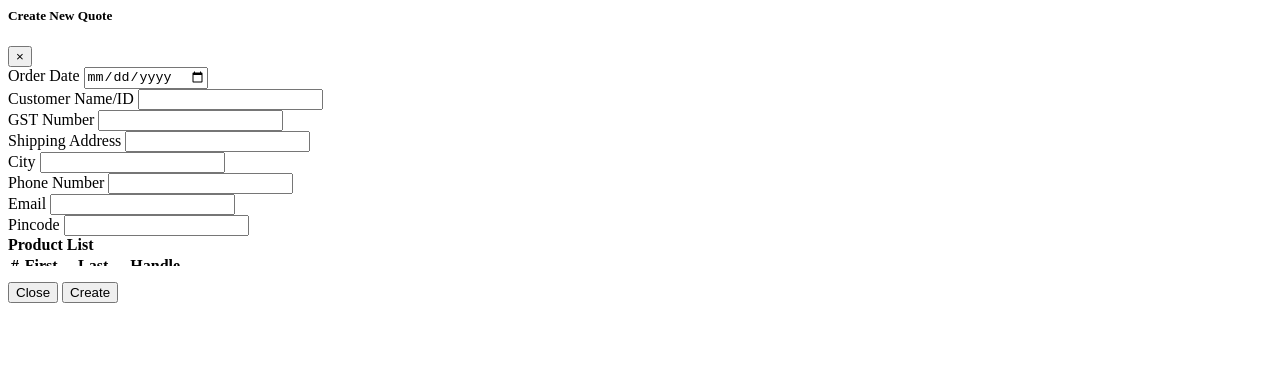
Repository: hrishibhattu/CodeFury-Internal-2
Page: ToYoDo/WebContent/WEB-INF/modal/quote.html
These files come from the project's save history. The page is drawn as it stood at one moment and after the next save; the edit follows.
The browser window is 1280 px wide. The pictures show the whole page.

Above is the page before, as saved 2021-09-19 06:51:30.

After the next save:
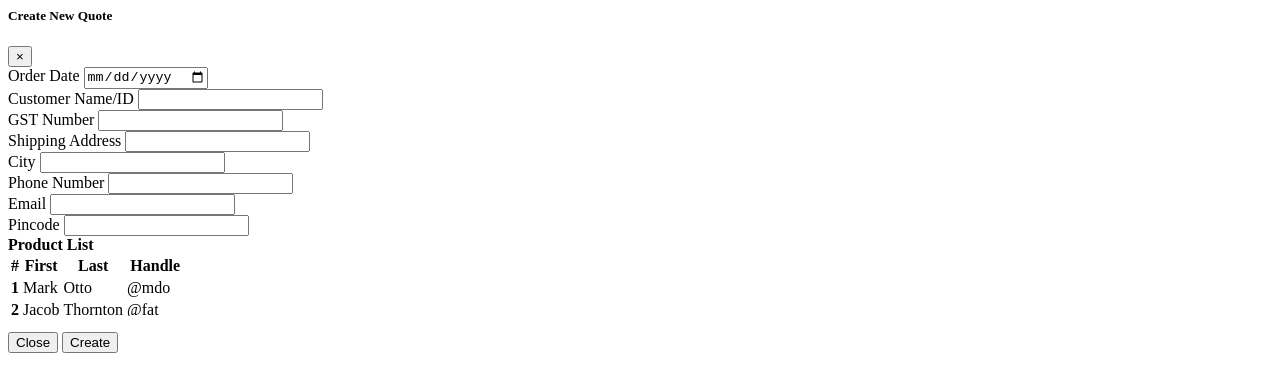
Saved 42 s later.
--- a/ToYoDo/WebContent/WEB-INF/modal/quote.html
+++ b/ToYoDo/WebContent/WEB-INF/modal/quote.html
@@ -53,7 +53,7 @@
 							class="form-control" id="pincode">
 						</div>
 					</div>
-					<div class="container-fluid" style="height: 30px; overflow: scroll;">
+					<div class="container-fluid" style="height: 80px; overflow: scroll;">
 					    <div class="row">
 					      <strong>Product List</strong>
 
